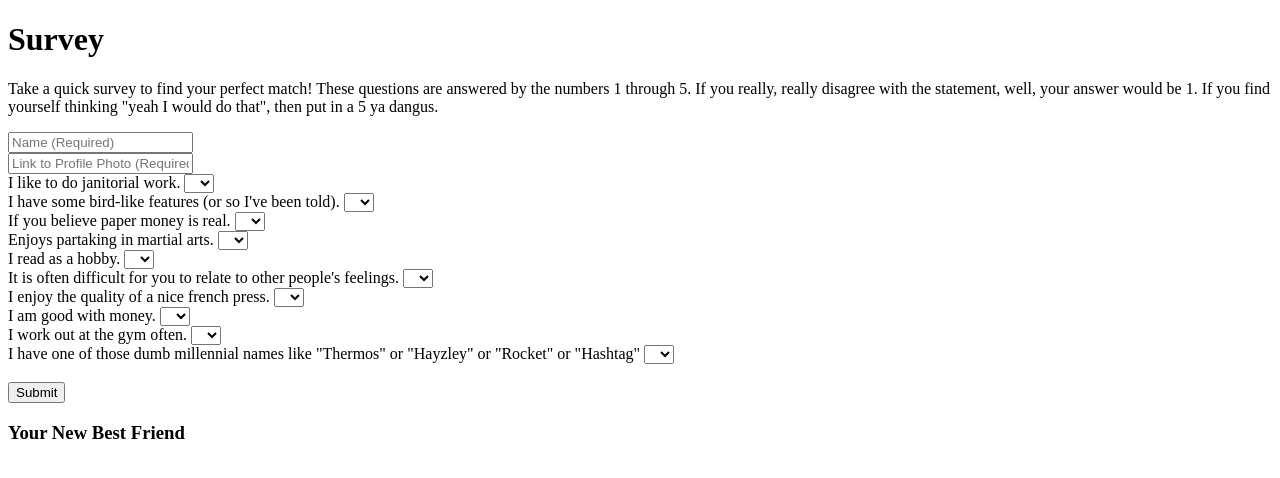
Repository: kcummings1/Mate-Matcher
Page: public/survey.html
These files come from the project's save history. The page is drawn as it stood at one moment and after the next save; the edit follows.
The browser window is 1280 px wide. The pictures show the whole page.
Some web libraries are served in a nearby version.

Above is the page before, as saved 2019-10-04 18:15:17.

After the next save:
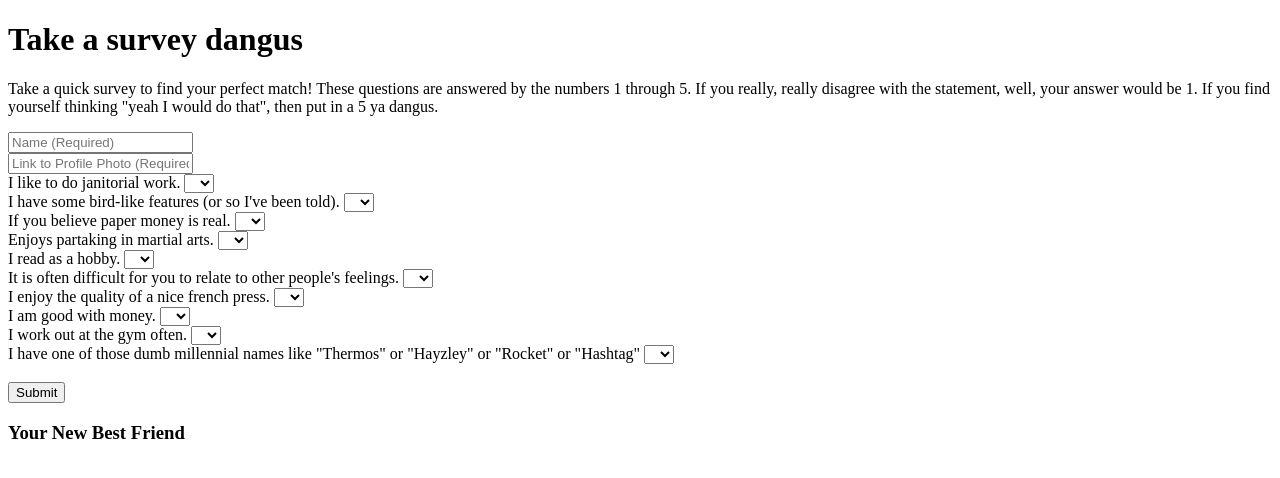
Saved 2 min 47 s later.
--- a/public/survey.html
+++ b/public/survey.html
@@ -8,7 +8,7 @@
 
 <body>
     <div class="container content">
-        <h1>Survey</h1>
+        <h1>Take a survey dangus</h1>
         <p>Take a quick survey to find your perfect match! These questions are answered by the numbers 1 through 5. If
             you really, really disagree with the statement, well, your answer would be 1. If you find yourself thinking
             "yeah I would do that", then put in a 5 ya dangus.</p>
